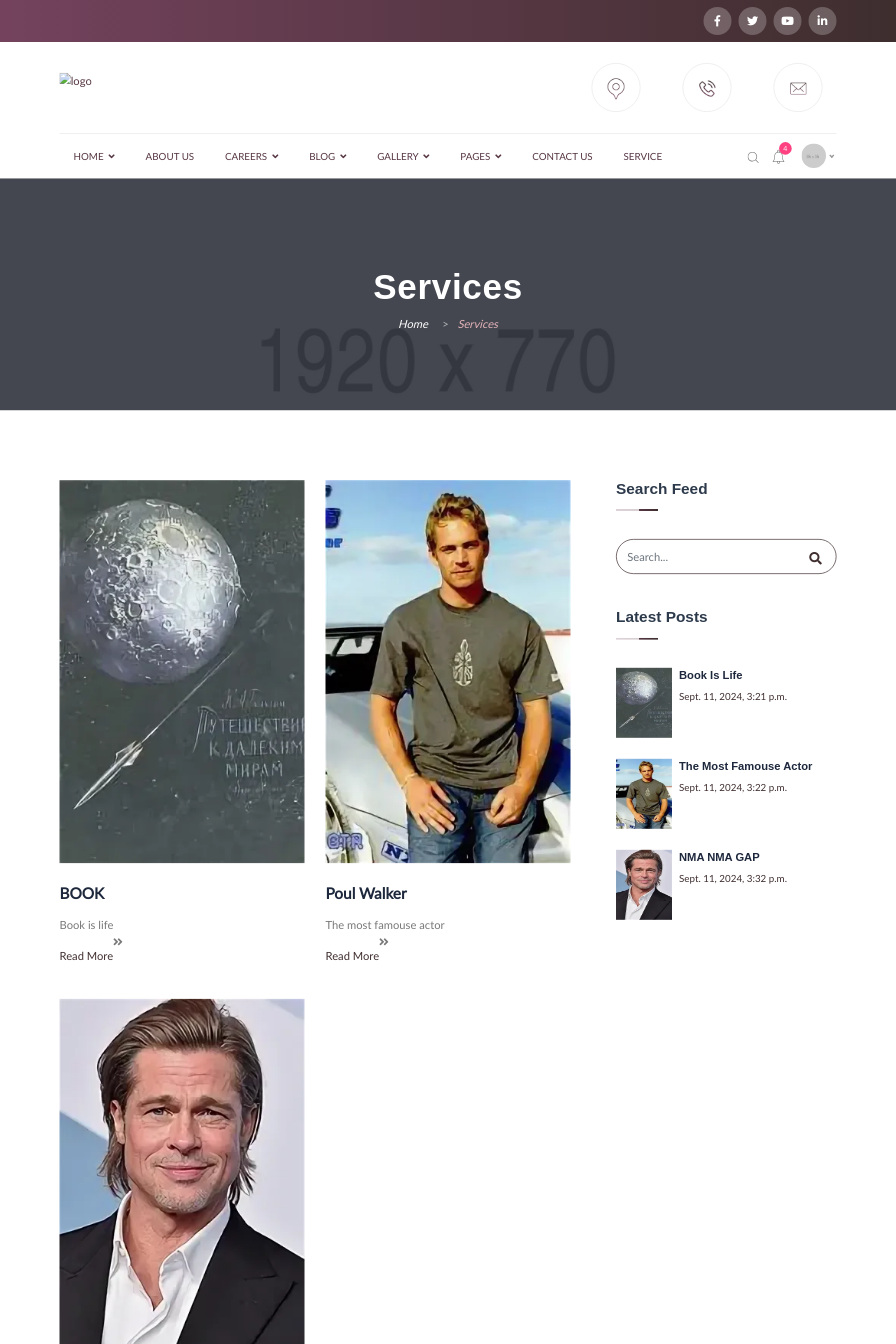
Repository: maqsudov0371/vazifa7oy10dars
Page: http://localhost/service/
These files come from the project's save history. The page is drawn as it stood at one moment and after a run of saves; the edit follows.
The browser window is 1280 px wide. The pictures show the part of the page from y = 0 to 1920 px (the page is 3012 px tall), at 70% of full size.
Some web fonts or font styles are not loaded; a fallback is used. The page is served by the project's application, run on Django 4.2 (manage.py). The page reads the database file committed with the project. Queries for data that is not in the repository find no rows.

Above is the page before, as saved 2024-09-11 15:35:19.
Console error: TypeError: Cannot read properties of undefined (reading 'left')

After the next 2 saves:
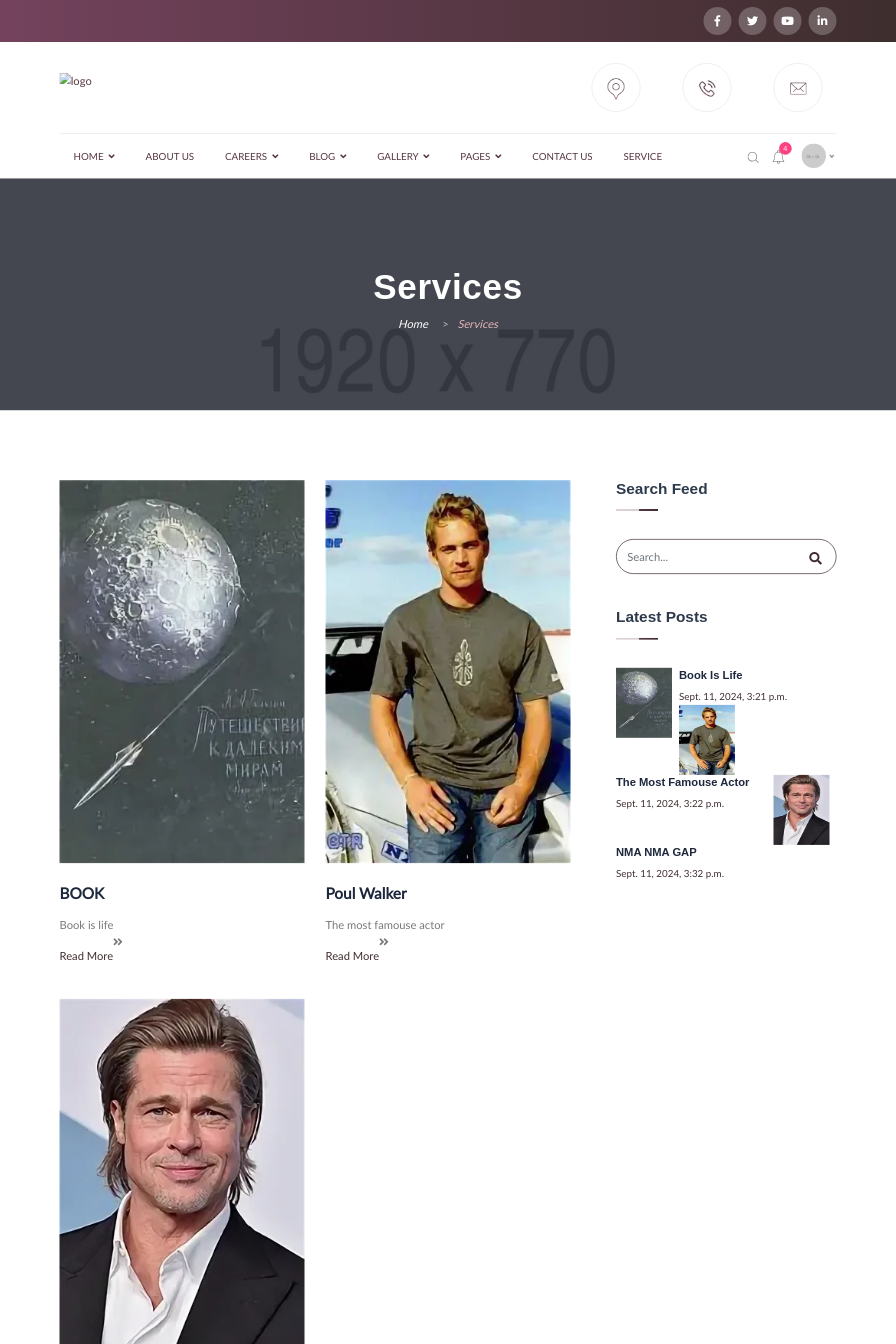
The 2 saves are shown as one change because they came seconds apart.
The last was saved 56 s later.
--- a/main/templates/main/service.html
+++ b/main/templates/main/service.html
@@ -77,8 +77,8 @@
                         <div class="widget_heading">
                             <h2>Latest Posts</h2>
                         </div>
-                        {% for last in services %}
-                            <div class="blog_wrapper22 float_left">
+                        <div class="blog_wrapper22 float_left">
+                                {% for last in services %}
                                 <div class="blog_image">
                                     <img src="{{ last.image.url }}" class="img-responsive" alt="blog_img1" style="height: 100px; width: 80px;" />
                                 </div>
@@ -86,8 +86,8 @@
                                     <h5><a href="#">{{ last.content }}</a></h5>
                                     <div class="blog_date">{{ last.created_at }}</div>
                                 </div>
+                                {% endfor %}
                             </div>
-                        {% endfor %}
                     </div>
 
 

After the save that followed:
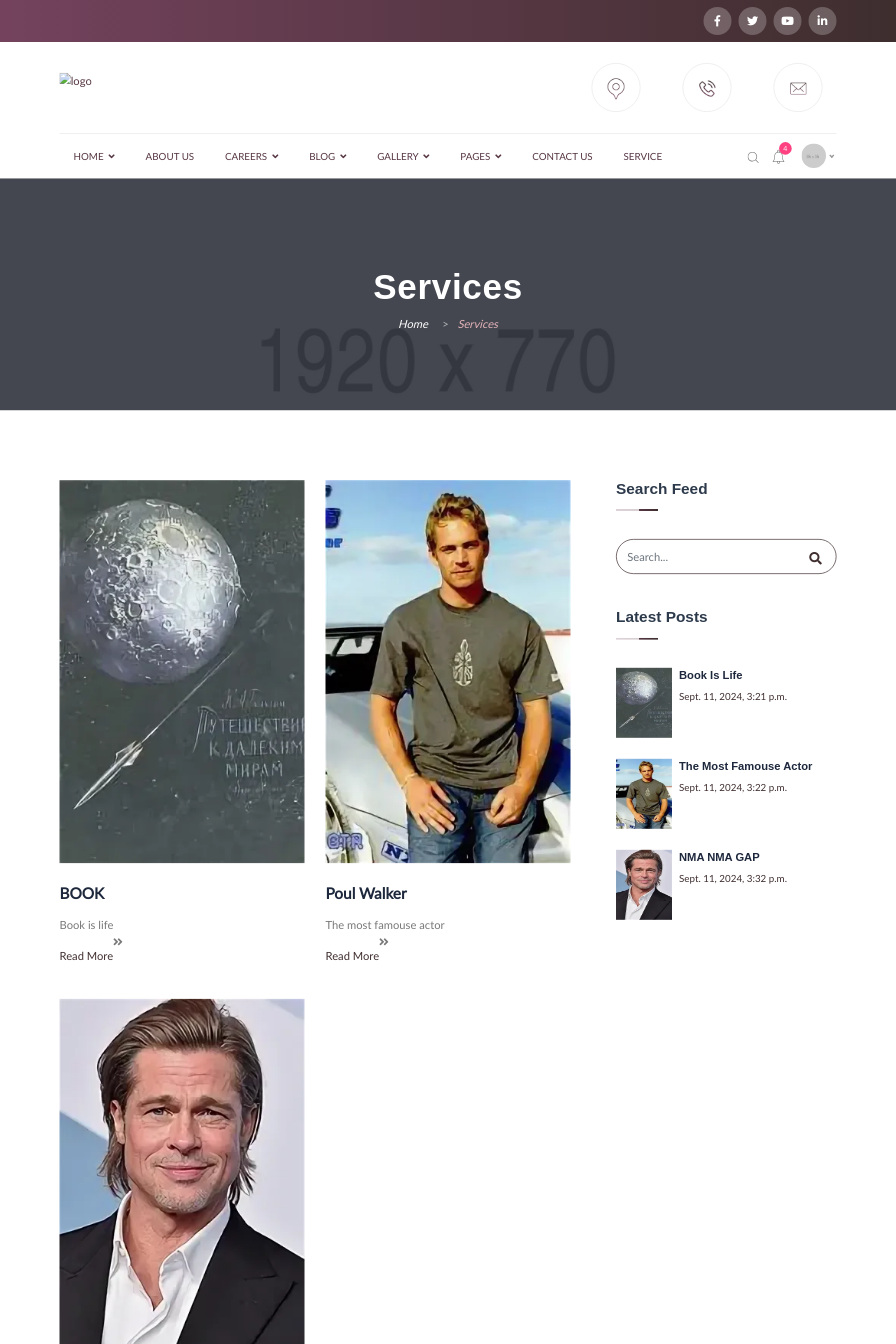
Saved 20 s later.
--- a/main/templates/main/service.html
+++ b/main/templates/main/service.html
@@ -77,8 +77,8 @@
                         <div class="widget_heading">
                             <h2>Latest Posts</h2>
                         </div>
-                        <div class="blog_wrapper22 float_left">
-                                {% for last in services %}
+                        {% for last in services %}
+                            <div class="blog_wrapper22 float_left">
                                 <div class="blog_image">
                                     <img src="{{ last.image.url }}" class="img-responsive" alt="blog_img1" style="height: 100px; width: 80px;" />
                                 </div>
@@ -86,8 +86,8 @@
                                     <h5><a href="#">{{ last.content }}</a></h5>
                                     <div class="blog_date">{{ last.created_at }}</div>
                                 </div>
-                                {% endfor %}
                             </div>
+                        {% endfor %}
                     </div>
 
 
